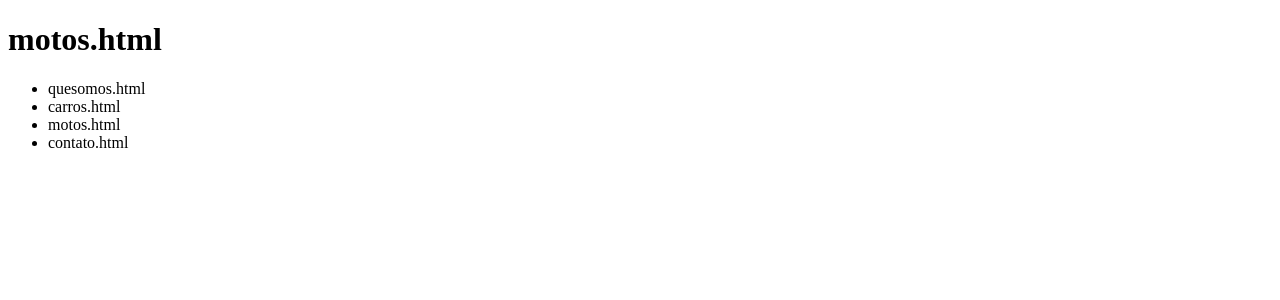
Repository: joao-laercio/DevWeb_BackEnd
Page: index.html/motos.html/motos.html
The author's editor kept a copy of each file at every save. The page is drawn from the files as they stood at one save, then again after the next save.
The browser window is 1280 px wide. The pictures show the whole page.

Above is the page before, as saved 2022-07-06 15:21:55.

After the next save:
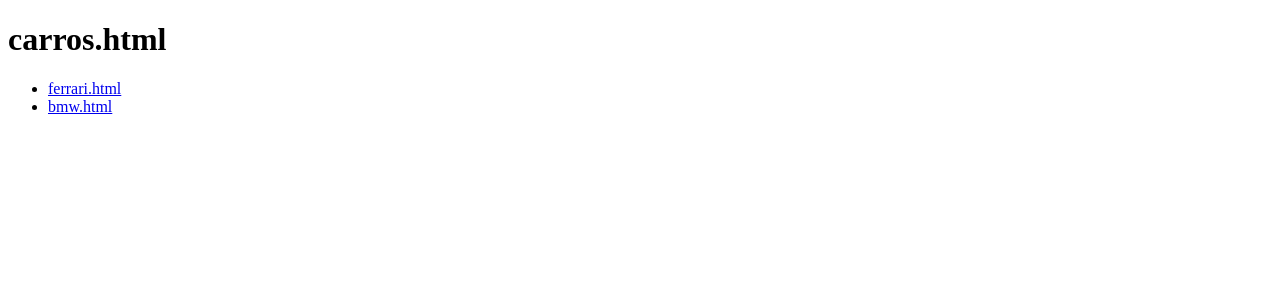
Saved 4 min 16 s later.
--- a/index.html/motos.html/motos.html
+++ b/index.html/motos.html/motos.html
@@ -2,10 +2,10 @@
 <html>
     <head>
         <meta charset="utf-8">
-        <title>motos.html</title>
+        <title>carros.html</title>
     </head>
     <body>
-        <h1>motos.html</h1>
+        <h1>carros.html</h1>
 
          <div>
               <strong> </strong>
@@ -16,13 +16,11 @@
          <blockquote></blockquote>
          <span> <em> </em></span>
          <ul>
-             <li>quesomos.html</li>
-             <li>carros.html</li>
-             <li>motos.html</li>
-             <li>contato.html</li>
+             <li><a href="file:///C:/Users/Aluno/Documents/index.html/carros.html/ferrari.html/ferrari.html">ferrari.html</a></li>
+             <li><a href="file:///C:/Users/Aluno/Documents/index.html/carros.html/bmw.html/bmw.html">bmw.html</a></li>
          </ul>
 
-         <a href=""></a>
+         <a href="quesomos.html"></a>
          <img src=""
      </body>
 </html>
